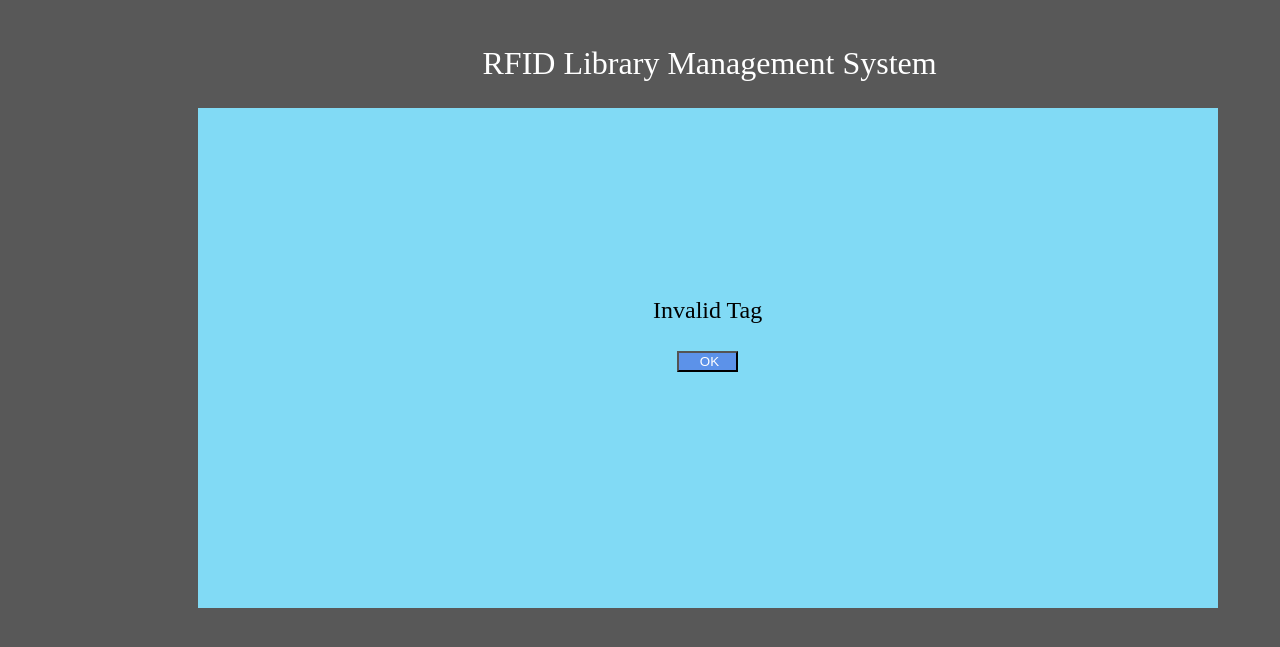
Repository: vigineshs/A-Smart-Data-Analyzer-for-Library-Management-System
Page: http://localhost/librarymgmt/location.jsp
These files come from the project's save history. The page is drawn as it stood at one moment and after the next save; the edit follows.
The browser window is 1280 px wide. The pictures show the whole page.
The page is served by Tomcat 9. Other server files are loaded and not shown. Queries for data that is not in the repository find no rows.

Above is the page before, as saved 2013-02-11 13:40:12.

### PassiveRFID/CS203-Version 1.0.6/Demo Applications/Dot Net C#/Demo Applications Source Code/RFID/librarymgmt/WebContent/location.jsp
<%@ page language="java" contentType="text/html; charset=ISO-8859-1"
	pageEncoding="ISO-8859-1"%>
<%@ page import="java.sql.*"%>
<%@ page language="java"%>
<%@ page import="java.sql.Connection"%>
<%@ page import="java.sql.ResultSet"%>
<%@ page import="java.sql.Statement"%>
<%@ page import="javax.servlet.RequestDispatcher"%>

<%


try{
	Connection dbconnection = null;
		Class.forName("sun.jdbc.odbc.JdbcOdbcDriver");
    dbconnection=DriverManager.getConnection("jdbc:odbc:rfiddb","admin","");
    String mess="";
  	String link="";
  	int flag=0;
  	Statement st;
st= dbconnection.createStatement();
String tid=request.getParameter("btag");
ResultSet rs=st.executeQuery("select * from Tagging where TagID='"+ tid +"'");
//ResultSet rs=st.executeQuery("SELECT * FROM Tagging");
System.out.println("select * from Tagging where TagID='"+ tid +"'");


%>

<!DOCTYPE html PUBLIC "-//W3C//DTD HTML 4.01 Transitional//EN" "http://www.w3.org/TR/html4/loose.dtd">
<html>
<head>
<title>RFID | Library Management System</title>
<link rel="stylesheet" type="text/css" href="css/page.css ">

</head>
<body>
<div class="center">
<div id="container">
<div id="header"><br/>
RFID Library Management System
</div>
<div id="content" style="height:100%; overflow:scroll;" ><center>
<br/>


<% while(rs.next())
{	flag=1;
System.out.println("select * from Tagging where TagID='"+ tid +"'"); %>
<br/><pre>Tag ID:   <%= rs.getString("TagID") %> </pre>
<pre>Book Name:   <%= rs.getString("BookName") %> </pre>
<pre>Author:   <%= rs.getString("Author") %> </pre>
Current Location<br/>
<table border=1 cellpadding=5>
<tr ><td>Rack:&nbsp;</td><td><%= rs.getString("Rack") %></td></tr>
<tr><td>Row:&nbsp;</td><td><%= rs.getString("Row") %></td></tr>
</table>

	<%}
if(flag==0){
	mess="Invalid Tag";
	    link="http://localhost:8080/librarymgmt/locate.jsp";
	    request.setAttribute("mess", mess);
	    request.setAttribute("link", link);
	    RequestDispatcher rd = this.getServletContext().getRequestDispatcher("/message.jsp");
	     	rd.forward(request, response);
	%>

	<%}

 	}

	catch(Exception e){out.print(e);}
		%>
</center>
</div>
</div>
</div>
</body>
</html>

### PassiveRFID/CS203-Version 1.0.6/Demo Applications/Dot Net C#/Demo Applications Source Code/RFID/librarymgmt/WebContent/message.jsp
<!DOCTYPE html PUBLIC "-//W3C//DTD HTML 4.01 Transitional//EN" "http://www.w3.org/TR/html4/loose.dtd">
<html>

<head>


<title>RFID | Message</title>
<link rel="stylesheet" type="text/css" href="css/page.css ">

</head>
<body>
<div class="center">
<div id="container">
<div id="header"><br/>
RFID Library Management System
</div>
<div id="content">
<br/><br/>
	<br/>
<form name="message" method="post"
	action="<%= request.getAttribute("link") %>"><input
	type="hidden" name="id" value="<%= request.getAttribute("id") %>"></input>

<br>
<br>
<br>
<br>
<div align="center"><%= request.getAttribute("mess") %> <br>
<br>
<input type="submit" name="submit"
	value="&nbsp;&nbsp;&nbsp;&nbsp;OK&nbsp;&nbsp;&nbsp;" style="background-color: #5C92E9; color: #fff;"></input></div>
</form>
</div>
</div>
</div>
</body>

</html>

### PassiveRFID/CS203-Version 1.0.6/Demo Applications/Dot Net C#/Demo Applications Source Code/RFID/librarymgmt/WebContent/css/page.css
#container
{


width:1024px;
height:500px;
margin:0px;

}

a{
text-decoration:none;
font-color:blue;
font-size:32px;
}

a:hover{
font-color:red;
}

.center
{
margin-left:auto;
margin-right:auto;
width:70%;
}

body
{
background-color:#585858;
}

#header
{
background-color:#585858;
font-family:Monotype Corsiva;
font-size:32px;
color:white;
height:100px;
text-align:center;
float:center;
}

#content
{
background-color:#81DAF5;
width:1020px;
height:500px;
margin-left:0px;
overflow:hidden;
font-size:24px;
float:center;
}

#lcon
{
width:300px;
height:100%
overflow:hidden;
}

#rcon
{
width:700px;
height:100%
overflow:hidden;
margin-left:300px;
}

After the next save:
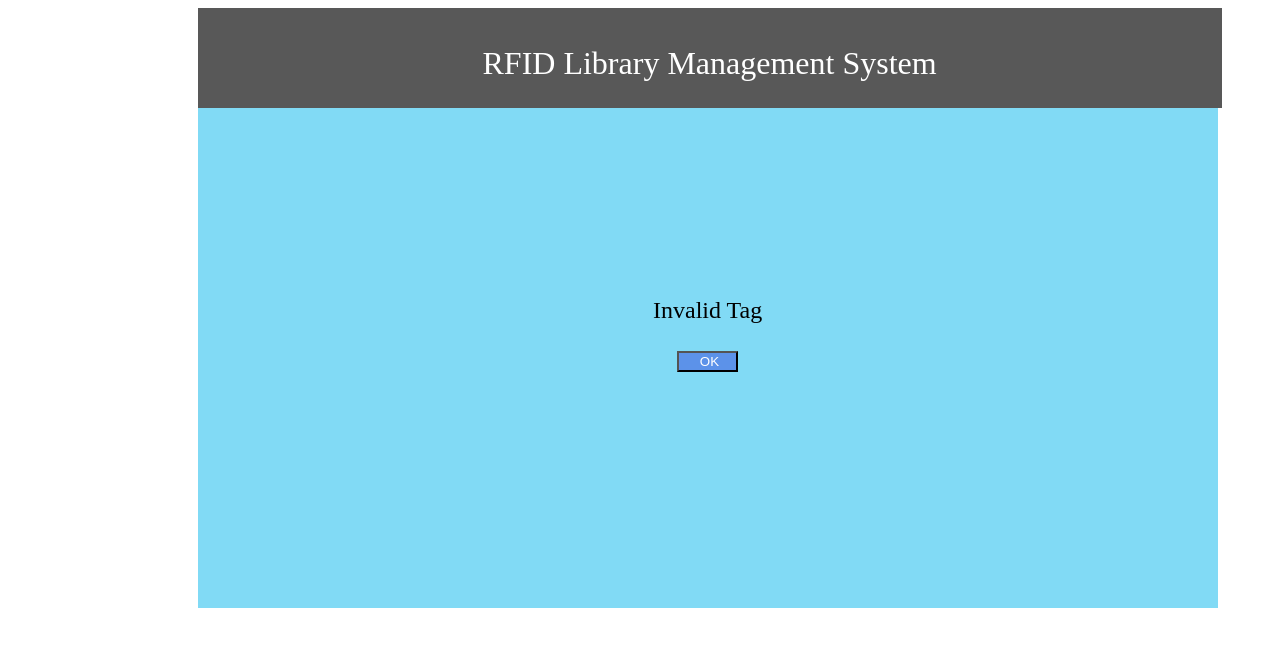
Saved 39 s later.
--- a/PassiveRFID/CS203-Version 1.0.6/Demo Applications/Dot Net C#/Demo Applications Source Code/RFID/librarymgmt/WebContent/css/page.css
+++ b/PassiveRFID/CS203-Version 1.0.6/Demo Applications/Dot Net C#/Demo Applications Source Code/RFID/librarymgmt/WebContent/css/page.css
@@ -27,7 +27,7 @@ width:70%;
 
 body
 {
-background-color:#585858;
+
 }
 
 #header
